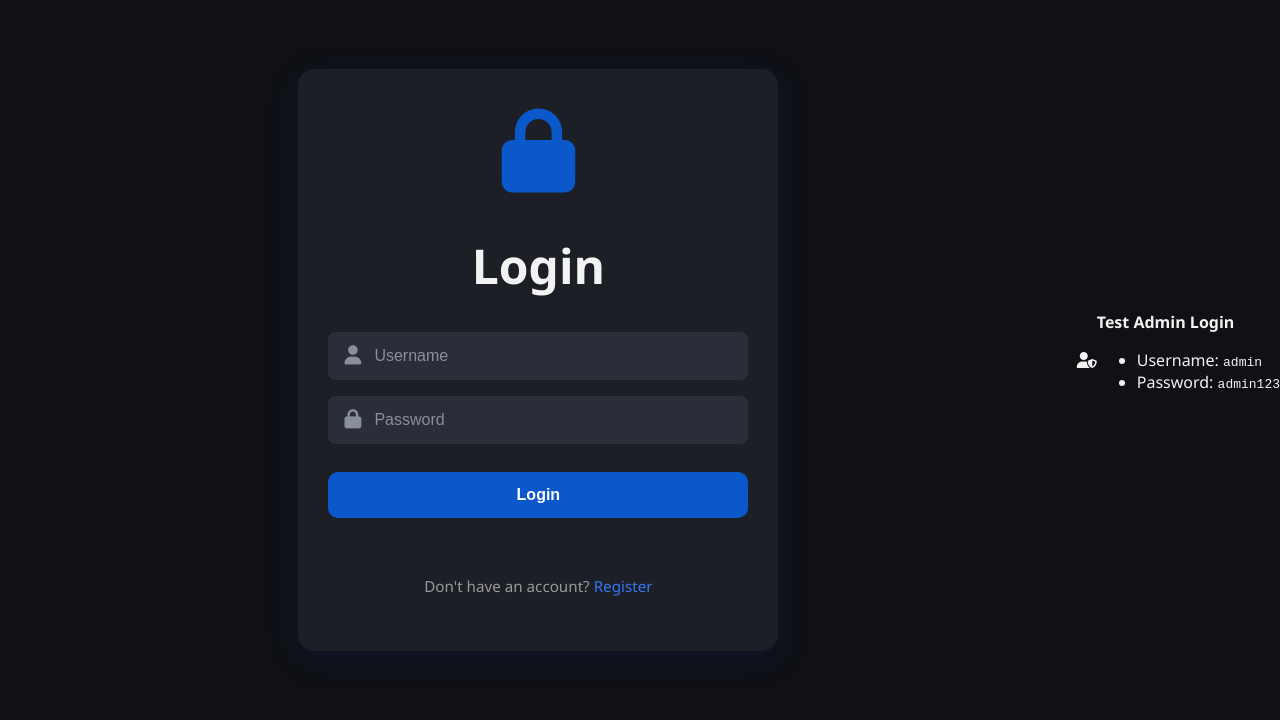
Repository: lowluds/auth-flask
Page: http://localhost/login
The author's editor kept a copy of each file at every save. The page is drawn from the files as they stood at one save, then again after the next save.
The browser window is 1280 px wide. The pictures show the whole page.
The page is served by the project's application, run on Flask 3 (login.py).

Above is the page before, as saved 2025-07-11 00:10:05.

### templates/login.html
<!DOCTYPE html>
<html lang="en">
<head>
    <meta charset="UTF-8">
    <meta name="viewport" content="width=device-width, initial-scale=1.0">
    <title>Login</title>
    <link rel="stylesheet" href="{{ url_for('static', filename='register.css') }}">
    <link rel="stylesheet" href="{{ url_for('static', filename='error.css') }}">
    <link rel="stylesheet" href="https://cdnjs.cloudflare.com/ajax/libs/font-awesome/6.5.0/css/all.min.css">
</head>

<body>
    <div class="login-container">
        <i class="fas fa-lock login-icon"></i>
        <h2>Login</h2>
        <form method="post" action="/login">

          <div class="input-group">
              <i class="fas fa-user"></i>
              <input type="text" name="username" placeholder="Username" required>
          </div>

          <div class="input-group">
              <i class="fas fa-lock"></i>
              <input type="password" name="password" placeholder="Password" required>
          </div>

            {% with messages = get_flashed_messages(with_categories=true) %}
              {% if messages %}
                {% for category, message in messages %}
                  {% if category == 'error' %}
                  <div class="input-error">{{ message }}</div>
                  {% endif %}
                {% endfor %}
              {% endif %}
            {% endwith %}

            <button type="submit">Login</button>
            <br>
            {% if show_forgot %}
            <a href="{{ url_for('forgot_password') }}" class="forgot-link">Forgot password?</a>
            {% endif %}

        </form>
        <p>Don't have an account? <a href="/register">Register</a></p>
    </div>

    <!-- Admin Info Sticky Button -->
    <div class="admin-info-fab" id="adminInfoFab" title="Show admin login">
        <i class="fas fa-user-shield"></i>
    </div>
    <div class="admin-info-tooltip" id="adminInfoTooltip">
        <strong>Test Admin Login</strong>
        <ul>
            <li>Username: <code>admin</code></li>
            <li>Password: <code>admin123</code></li>
        </ul>
    </div>

<script>
document.getElementById('adminInfoFab').onclick = function() {
    document.getElementById('adminInfoTooltip').classList.toggle('active');
};
document.addEventListener('click', function(e) {
    const fab = document.getElementById('adminInfoFab');
    const tooltip = document.getElementById('adminInfoTooltip');
    if (!fab.contains(e.target) && !tooltip.contains(e.target)) {
        tooltip.classList.remove('active');
    }
});
</script>

</body>
</html>

### login.py
from flask import Flask, render_template, request, redirect, url_for, session, flash
from werkzeug.security import check_password_hash
from werkzeug.security import generate_password_hash
import json

app = Flask (__name__)
app.secret_key = '123abc456'  # Change this to a secure random value

@app.route('/')
def home():
    return redirect(url_for('login'))

# Login
@app.route('/login', methods=['GET', 'POST'])
def login():
    if request.method == 'POST':
        # Get form input
        username = request.form['username']
        password = request.form['password']

        # Load users from JSON
        with open('users/userDB.json', 'r') as file:
            data = json.load(file)

        # Look for user
        for user in data['users']:
            if user['username'] == username:
                # Check hashed password
                if check_password_hash(user['password'], password):
                    session['username'] = username
                    session['group'] = user['group']
                    session.pop('show_forgot', None)

                    # Redirect based on group
                    if user['group'] == 'admin':
                        return redirect(url_for('admin'))
                    else:
                        return redirect(url_for('dashboard'))

                flash("Incorrect password", "error")
                session['show_forgot'] = True
                return redirect(url_for('login'))

        flash("Username or password not found", "error")
        session.pop('show_forgot', None)
        return redirect(url_for('login'))

    show_forgot = session.pop('show_forgot', False)
    return render_template('login.html', show_forgot=show_forgot)

# Register
@app.route('/register', methods=['GET', "POST"])
def register():
    if request.method == 'POST':
        username = request.form['username']
        password = request.form['password']
        group = "user"

        # Load existing users
        with open('users/userDB.json', 'r') as file:
            data = json.load(file)

        # Check for duplicate username
        for user in data['users']:
            if user['username'] == username:
                flash("Username already exists. Please choose another.", "error")
                return redirect(url_for('register'))

        # Hash the password
        hashed_password = generate_password_hash(password)

        # Add new user to userDB.json
        data['users'].append({
            'username': username,
            'password': hashed_password,
            'group'   : group
        })

        # Save the updated user to userDB.json
        with open('users/userDB.json', "w") as file:
            json.dump(data, file, indent=4)

        flash("You are registered! Please log in.", "success")
        return redirect(url_for('login'))

    # Only runs for GET requests
    return render_template('register.html')

# Forgot Password
@app.route('/forgot')
def forgot_password():
    return render_template('forgot.html')

# Dashboard
@app.route('/dashboard')
def dashboard():
    # Check if user is logged in
    if 'username' in session:
        return render_template('dashboard.html')
    else:
        return redirect(url_for('login'))
# Admin dashboard
@app.route('/admin')
def admin():
    if 'username' in session:
        if session.get('group') == 'admin':
            return render_template('admin.html')
        else:
            return "You are logged in, but not authorized to view this page"
    else:
        return redirect(url_for('login'))

# Logout
@app.route('/logout')
def logout():
    session.pop('username', None)
    return redirect(url_for('login'))

if __name__ == '__main__':
    app.run(debug=True)

### static/register.css
/* Global dark theme */
body {
    background: #0f1115;
    font-family: 'Segoe UI', Tahoma, Geneva, Verdana, sans-serif;
    margin: 0;
    padding: 0;
    color: #f3f3f3;
    min-height: 100vh;
    display: flex;
    justify-content: center;
    align-items: center;
}

/* Shared container styles */
.login-container,
.register-container,
.dashboard-container,
.admin-dashboard-container {
    background: #1c1f26;
    max-width: 420px;
    width: 100%;
    padding: 40px 30px;
    margin: 60px auto;
    border-radius: 16px;
    box-shadow: 0 8px 32px rgba(31, 38, 135, 0.18);
    display: flex;
    flex-direction: column;
    align-items: center;
}

.input-group {
    position: relative;
    width: 100%;
    margin-bottom: 16px;
}

.input-group i {
    position: absolute;
    top: 50%;
    left: 16px;
    transform: translateY(-50%);
    color: #8a8f9c;
    font-size: 1.2rem;
    pointer-events: none;
}

.input-group input {
    padding: 14px 16px 14px 46px;
    height: 48px;
    border: none;
    border-radius: 8px;
    background-color: #2a2e39;
    color: #f3f3f3;
    font-size: 1rem;
    width: 100%;
    box-sizing: border-box;
    margin-bottom: 0;
}

.input-group input:focus {
    box-shadow: 0 0 0 2px rgba(52, 120, 246, 0.4);
}

/* Headings */
.login-container h2,
.register-container h2,
.dashboard-container h2,
.admin-dashboard-container h2 {
    color: #f3f3f3;
    margin-bottom: 34px;
    font-weight: 600;
    font-size: 3rem;
    text-align: center;
}

/* Forms */
form {
    width: 100%;
    display: flex;
    flex-direction: column;
    margin-bottom: 20px;
}

/* Labels */
label {
    margin-bottom: 6px;
    color: #ccc;
    font-size: 0.95rem;
}

/* Inputs */
input,
select {
    padding: 14px;
    margin-bottom: 16px;
    border: none;
    border-radius: 10px;
    background-color: #2a2e39;
    color: #f3f3f3;
    font-size: 1rem;
    transition: all 0.2s ease-in-out;
}

input::placeholder {
    color: #8a8f9c;
}

input:focus,
select:focus {
    outline: none;
    background-color: #2f3541;
    border: 1.5px solid #3478f6;
}

/* Buttons */
button {
    background-color: #0a58ca;
    color: #fff;
    border: none;
    border-radius: 10px;
    padding: 14px;
    font-size: 1rem;
    font-weight: 600;
    cursor: pointer;
    transition: background-color 0.3s ease;
    margin-top: 12px;
}

button:hover {
    background-color: #0846a1;
}

/* Links */
a {
    color: #3478f6;
    text-decoration: none;
    font-weight: 500;
    font-size: 0.95rem;
}

a:hover {
    color: #5a9afc;
    text-decoration: underline;
}

.login-container .login-icon {
    font-size: 84px;
    color: #0a58ca;
    margin-bottom: 0px;
}

.register-container .register-icon {
    font-size: 84px;
    color: #0a58ca;
    margin-bottom: 0px;
}

.dashboard-container .dashboard-icon {
    font-size: 84px;
    color: #0a58ca;
    margin-bottom: 0px;
}

.dashboard-container .admin-icon {
    font-size: 84px;
    color: #0a58ca;
    margin-bottom: 0px;
}

.login-container .forgot-container {
    padding-top: 100px; /* or any value you want */
}

/* Paragraphs */
p {
    margin-top: 16px;
    color: #999;
    font-size: 0.95rem;
}

/* Forgot Password */
.forgot-link {
    text-align: center;
    margin-bottom: 10px;
}

/* Flash error styling */
.input-error {
    color: #ff4d4d;
    font-weight: bold;
    margin-bottom: 12px;
    text-align: center;
}

/* Responsive */
@media (max-width: 600px) {
    .login-container,
    .register-container,
    .dashboard-container,
    .admin-dashboard-container {
        width: 90%;
        padding: 24px;
    }
}

### static/error.css
/* Modern error style for login and form input errors */
.input-error {
    background: none;
    color: #ff0000;
    padding: 0;
    border-radius: 0;
    margin: 14px 0 18px 0;
    font-weight: 600;
    text-align: center;
    box-shadow: none;
    letter-spacing: 0.7px;
    font-size: 1.08rem;
    border: none;
    text-shadow: none;
    max-width: 400px;
    width: 90%;
    margin-left: auto;
    margin-right: auto;
}
@keyframes fadeOut {
  0% { opacity: 0.98; transform: translateY(0); }
  80% { opacity: 0.98; }
  100% { opacity: 0; transform: translateY(-20px); pointer-events: none; }
}

After the next save:
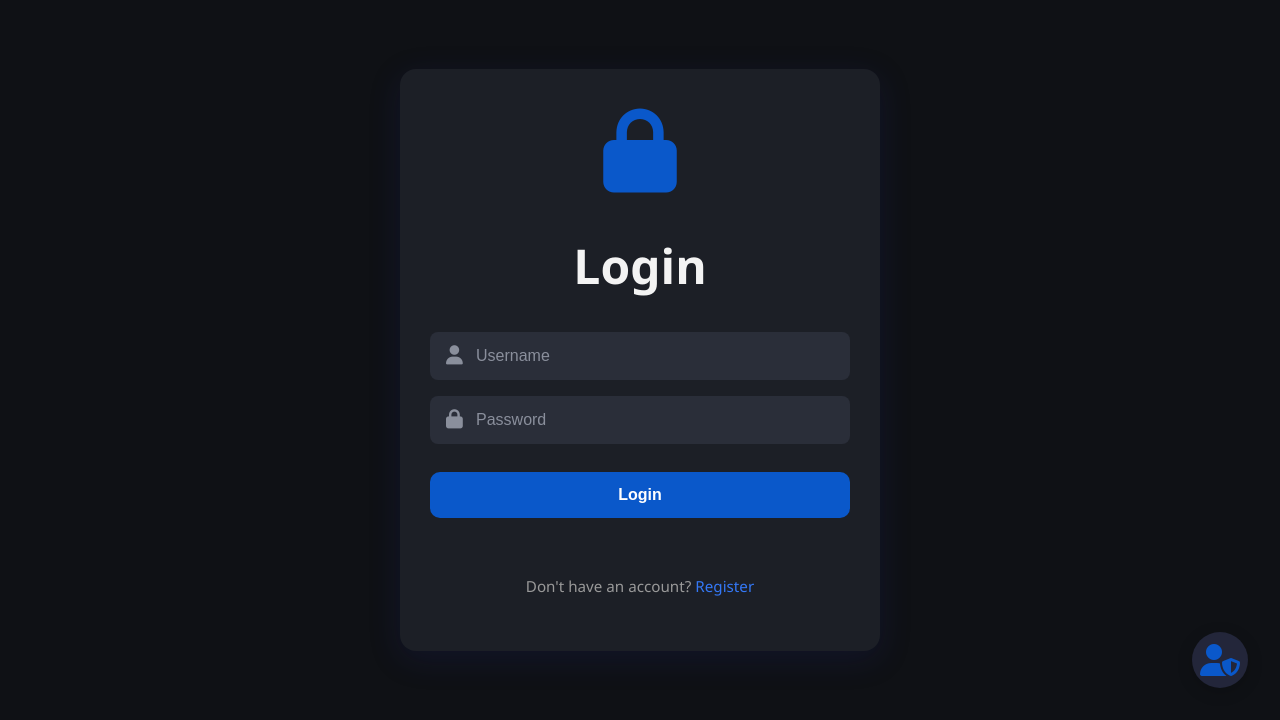
Saved 25 s later.
--- a/static/register.css
+++ b/static/register.css
@@ -202,3 +202,59 @@ p {
         padding: 24px;
     }
 }
+
+.admin-info-fab {
+    position: fixed;
+    bottom: 32px;
+    right: 32px;
+    width: 56px;
+    height: 56px;
+    background: #23263a;
+    color: #0a58ca;
+    border-radius: 50%;
+    box-shadow: 0 4px 16px rgba(0,0,0,0.18);
+    display: flex;
+    align-items: center;
+    justify-content: center;
+    font-size: 2rem;
+    cursor: pointer;
+    z-index: 10001;
+    transition: background 0.2s, color 0.2s;
+}
+.admin-info-fab:hover {
+    background: #0a58ca;
+    color: #fff;
+}
+
+.admin-info-tooltip {
+    position: fixed;
+    bottom: 100px;
+    right: 32px;
+    background: #23263a;
+    color: #fff;
+    padding: 18px 22px;
+    border-radius: 12px;
+    box-shadow: 0 4px 24px rgba(0,0,0,0.22);
+    z-index: 10000;
+    font-size: 1rem;
+    opacity: 0;
+    pointer-events: none;
+    transform: translateY(20px);
+    transition: opacity 0.2s, transform 0.2s;
+}
+.admin-info-tooltip.active {
+    opacity: 0.97;
+    pointer-events: auto;
+    transform: translateY(0);
+}
+.admin-info-tooltip code {
+    background: #181a20;
+    color: #5ad;
+    padding: 2px 6px;
+    border-radius: 4px;
+    font-size: 0.98em;
+}
+.admin-info-tooltip ul {
+    margin: 8px 0 0 0;
+    padding-left: 18px;
+}
